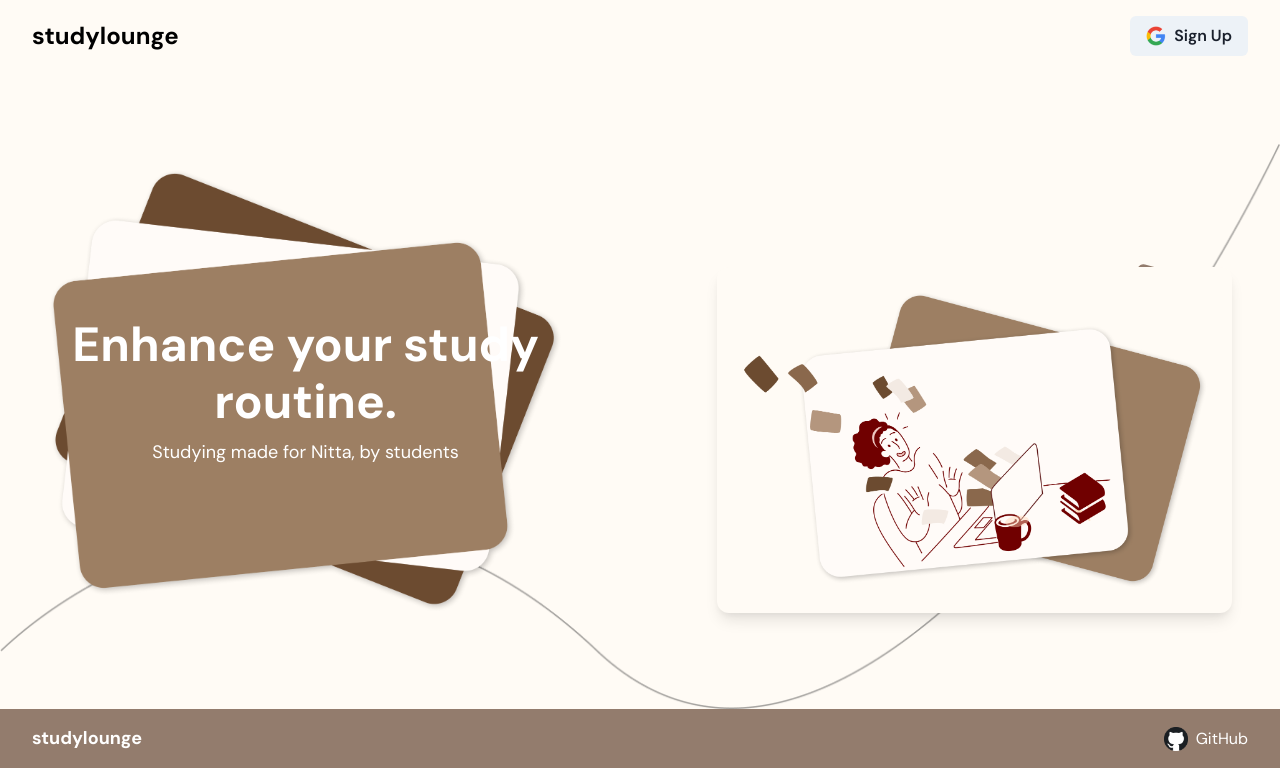
Repository: greg-chang/flashcard-website
Page: / (app in frontend/)
An editor plug-in stored every save of this project. The page is shown before and after the next save, followed by the edit.
The browser window is 1280 px wide. The pictures show the whole page.
The page's requests for data from a server got no answer. The project was rebuilt for these pictures with package versions that can differ from the ones it lists, and the page was loaded fresh each time. Some packages were replaced by stand-ins written for this rebuild. The framework's server and built-in components were replaced by stand-ins that run in the browser. No one was signed in, and anything a server would have sent is missing. Also part of the build but not shown: frontend/next.config.ts, frontend/src/components/Dashboard.tsx.

Above is the page before, as saved 2025-06-08 14:35:44.

### frontend/src/app/layout.tsx
import type { Metadata } from "next";
import { Geist, Geist_Mono } from "next/font/google";
import { DM_Sans } from 'next/font/google';
import { ClerkProvider } from '@clerk/nextjs';
import { ChakraProvider, extendTheme } from '@chakra-ui/react';
import "./globals.css";
import Navbar from "../components/ui/navbar";
import theme from './theme';

const geistSans = Geist({
  variable: "--font-geist-sans",
  subsets: ["latin"],
});

const geistMono = Geist_Mono({
  variable: "--font-geist-mono",
  subsets: ["latin"],
});

const dmSans = DM_Sans({
  variable: '--font-dm-sans',
  subsets: ['latin'],
});

export const metadata: Metadata = {
  title: "Flashcard Website",
  description: "ECS 162 - Web Programming Final Project",
};

export default function RootLayout({
  children,
}: Readonly<{
  children: React.ReactNode;
}>) {
  return (
    <ClerkProvider>
      <ChakraProvider theme={theme}>
        <html lang="en">
          <body
            className={`${geistSans.variable} ${geistMono.variable} ${dmSans.variable} antialiased`}
          >
            {children}
          </body>
        </html>
      </ChakraProvider>
    </ClerkProvider>
  );
}

### frontend/src/app/page.tsx
'use client';
import Homepage from '@/components/Homepage';
import UserInterface from '@/components/UserInterface';
import Dashboard from '@/components/Dashboard';
import { useUser } from '@clerk/nextjs';
// import UserInterface from '@/components/UserInterface';

export default function Home() {
  const { isSignedIn, isLoaded } = useUser();
  if (!isLoaded) {
    return <div>Loading...</div>;
  }
  return (
    <main className="min-h-screen bg-gray-100">
      {isSignedIn ? <Dashboard /> : <Homepage />}
    </main>
  );
}

### frontend/src/app/globals.css
@import "tailwindcss";

:root {
  --background: var(--color-sand);
  --foreground: var(--color-walnut);
}

@theme {
  /* Light */
  --color-sand: #F0EAE2 ;
  /* Medium */
  --color-coffee: #937156 ;
  /* Medium Text */
  --color-walnut: #8F6E4F ;
  /* VERY DARK */
  --color-expresso: #341D09 ;
  /* DESATURATED MEDIUM */
  --color-mocha: #604E3C ;
}

@theme inline {
  --color-background: var(--background);
  --color-foreground: var(--foreground);
  --font-sans: var(--font-geist-sans);
  --font-mono: var(--font-geist-mono);
}
/*
@john found out that this is what caused the white text of white background
@media (prefers-color-scheme: dark) {
  :root {
    --background: #0a0a0a;
    --foreground: #ededed;
  }
} */

body {
  background: var(--background);
  color: var(--foreground);
  font-family: Arial, Helvetica, sans-serif;
}

### frontend/src/app/theme.tsx
'use client';
import { extendTheme } from '@chakra-ui/react';

const theme = extendTheme({
    //not actually used
  colors: {
    brand: {
      50: '#ffe4ed',
    },
  },
  fonts: {
    heading: 'var(--font-geist-sans), sans-serif',
    body: 'var(--font-geist-sans), sans-serif',
  },
  styles: {
    global: {
      body: {
        bg: 'pink.100',
        color: 'black',
      },
    },
  },
});

export default theme;

### frontend/src/components/Homepage.tsx
'use client';
import {
  Box,
  Button,
  Center,
  Heading,
  Stack,
  Text,
  VStack,
  HStack,
  SimpleGrid,
  Flex,
} from '@chakra-ui/react';
import { SignInButton, SignUpButton } from '@clerk/nextjs';
import Header from './Header';
import Image from 'next/image';

// assets
import Illustration from '@/assets/Illustration.png';
import GroupedCards from '@/assets/Grouped Cards.png';
import StyleLine from '@/assets/Style Line.png';
import GithubLogo from '@/assets/Github Logo.png';
import GoogleLogo from '@/assets/Google Logo.png';

export default function Homepage() {
  return (
    <Flex minH="100vh" direction="column" bg="#FFFBF5" color="black" fontFamily="var(--font-dm-sans)">
      {/* Header */}
      <Header />

      {/* Main Content Area */}
      <Flex
        direction={{ base: 'column', md: 'row' }}
        align="flex-start"
        justify="space-between"
        py={{ base: 10, md: 20 }}
        px={{ base: 4, md: 8 }}
        flex="1"
        position="relative"
        overflow="hidden"
      >
        {/* Background Wave */}
        <Box
          position="absolute"
          top="0"
          left="0"
          width="100%"
          height="100%"
          backgroundImage={`url(${StyleLine.src})`}
          backgroundSize="100% auto"
          backgroundRepeat="no-repeat"
          backgroundPosition="center bottom"
          zIndex="0"
          opacity="0.5"
        />

        {/* Left Section: Grouped Cards Image */}
        <Box
          position="relative"
          flex="1"
          minW={{ base: 'full', md: '45%' }}
          maxW={{ base: 'full', md: '45%' }}
          display="flex"
          justifyContent="center"
          alignItems="center"
          p={4}
          zIndex="1"
        >
          <Image
            src={GroupedCards}
            alt="Grouped Study Cards"
            width={550}
            height={400}
            layout="responsive"
            objectFit="contain"
            priority
          />
          {/* Text Overlay on Grouped Cards */}
          <Box
            position="absolute"
            color="white"
            textAlign="center"
            top="50%"
            left="50%"
            transform="translate(-50%, -50%)"
            width="100%"
          >
            <Heading fontSize={{ base: '3xl', md: '4xl', lg: '5xl' }} mb={2}>
              Enhance your study routine.
            </Heading>
            <Text fontSize={{ base: 'md', md: 'lg' }}>
              Studying made for Nitta, by students
            </Text>
          </Box>
        </Box>

        {/* Right Section: Illustration Image Card */}
        <Box
          flex="1"
          minW={{ base: 'full', md: '45%' }}
          maxW={{ base: 'full', md: '45%' }}
          display="flex"
          justifyContent="flex-end"
          alignItems="flex-end"
          alignSelf="flex-end"
          position="relative"
          p={4}
          zIndex="1"
        >
          <Box
            bg="#FFFBF5"
            p={6}
            borderRadius="xl"
            boxShadow="lg"
            position="relative"
            zIndex="1"
            display="inline-block"
          >
            <Image
              src={Illustration}
              alt="Study Lounge Illustration"
              width={600}
              height={450}
              layout="responsive"
              objectFit="contain"
              priority
            />
          </Box>
          {/* Small brown card elements (re-evaluate positions based on new layout) */}
          <Box
            position="absolute"
            bg="#937C6D"
            width="60px"
            height="40px"
            borderRadius="md"
            top="5%"
            right="10%"
            transform="rotate(15deg)"
            zIndex="0"
            display={{ base: 'none', md: 'block' }}
          />
          <Box
            position="absolute"
            bg="#937C6D"
            width="40px"
            height="30px"
            borderRadius="md"
            bottom="15%"
            left="20%"
            transform="rotate(-20deg)"
            zIndex="0"
            display={{ base: 'none', md: 'block' }}
          />
          <Box
            position="absolute"
            bg="#937C6D"
            width="50px"
            height="35px"
            borderRadius="md"
            bottom="5%"
            right="5%"
            transform="rotate(5deg)"
            zIndex="0"
            display={{ base: 'none', md: 'block' }}
          />
        </Box>
      </Flex>

      {/* Footer */}
      <Flex
        as="footer"
        bg="#937C6D"
        color="white"
        py={4}
        px={8}
        justify="space-between"
        align="center"
        mt="auto"
        fontFamily="var(--font-dm-sans)"
        zIndex="1"
        position="relative"
      >
        <Text fontSize="lg" fontWeight="bold">studylounge</Text>
        <HStack spacing={2}>
          <Image
            src={GithubLogo}
            alt="GitHub Logo"
            width={24}
            height={24}
            objectFit="contain"
          />
          <Text>GitHub</Text>
        </HStack>
      </Flex>
    </Flex>
  );
}

### frontend/src/components/Header.tsx
'use client';
import {
  Box,
  Flex,
  Heading,
  Spacer,
  Button,
  HStack,
  Text,
} from '@chakra-ui/react';
import { SignInButton, SignUpButton, UserButton, useUser } from '@clerk/nextjs';
import Image from 'next/image';
import GoogleLogo from '@/assets/Google Logo.png';

export default function Header() {
  const { isSignedIn, isLoaded } = useUser();

  return (
    <Box
      as="header"
      position="sticky"
      top={0}
      zIndex={10}
      bg="transparent"
      px={8}
      py={4}
      shadow="none"
    >
      <Flex align="center">
        {/* Logo */}
        <Text fontSize="2xl" fontWeight="bold" color="black">studylounge</Text>

        <Spacer />

        {/* Right side: Auth buttons or Avatar */}
        {isLoaded && (
          <HStack spacing={4}>
            {isSignedIn ? (
              <UserButton afterSignOutUrl="/" />
            ) : (
              <>
                <SignUpButton mode="modal">
                  <Button size="md" bg="gray.100" _hover={{ bg: 'gray.200' }} borderRadius="md">
                    <HStack spacing={2}>
                      <Image
                        src={GoogleLogo}
                        alt="Google Logo"
                        width={20}
                        height={20}
                        objectFit="contain"
                      />
                      <Text>Sign Up</Text>
                    </HStack>
                  </Button>
                </SignUpButton>
              </>
            )}
          </HStack>
        )}
      </Flex>
    </Box>
  );
}

After the next save:
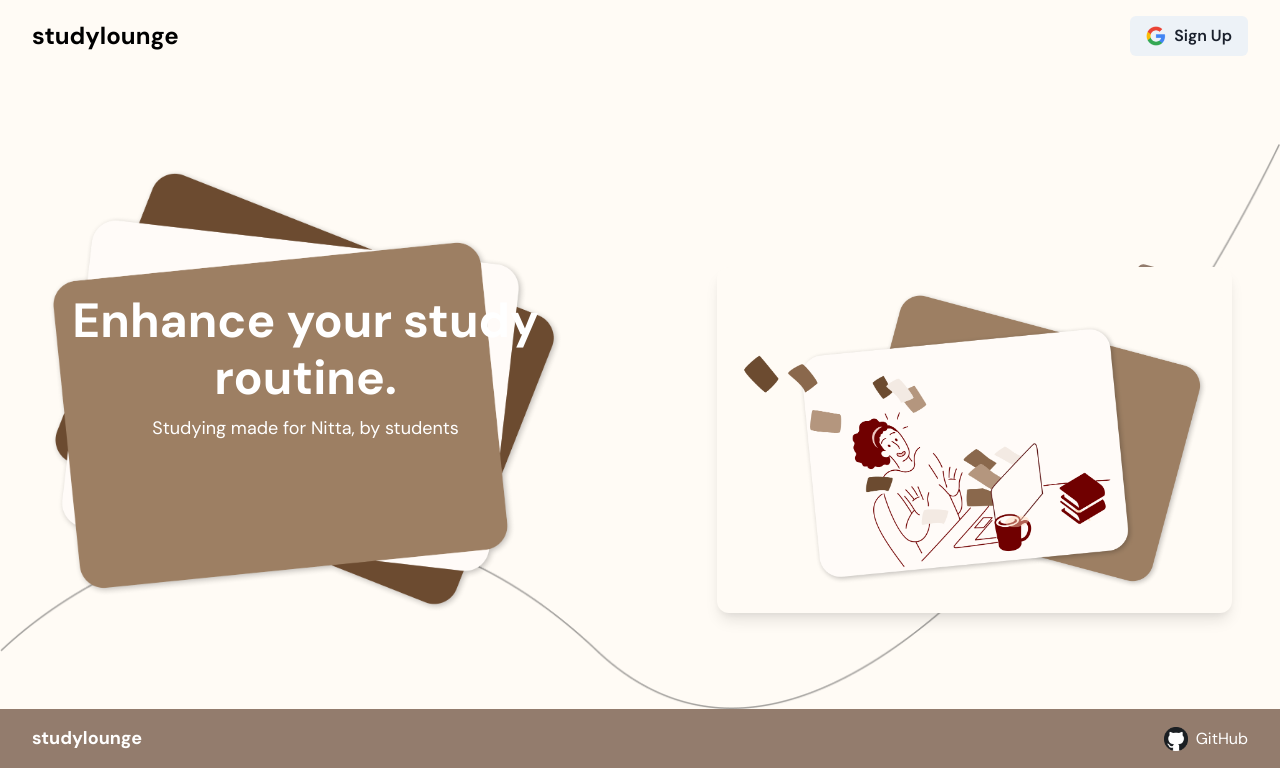
Saved 17 s later.
--- a/frontend/src/components/Homepage.tsx
+++ b/frontend/src/components/Homepage.tsx
@@ -80,7 +80,7 @@ export default function Homepage() {
             position="absolute"
             color="white"
             textAlign="center"
-            top="50%"
+            top="45%"
             left="50%"
             transform="translate(-50%, -50%)"
             width="100%"
